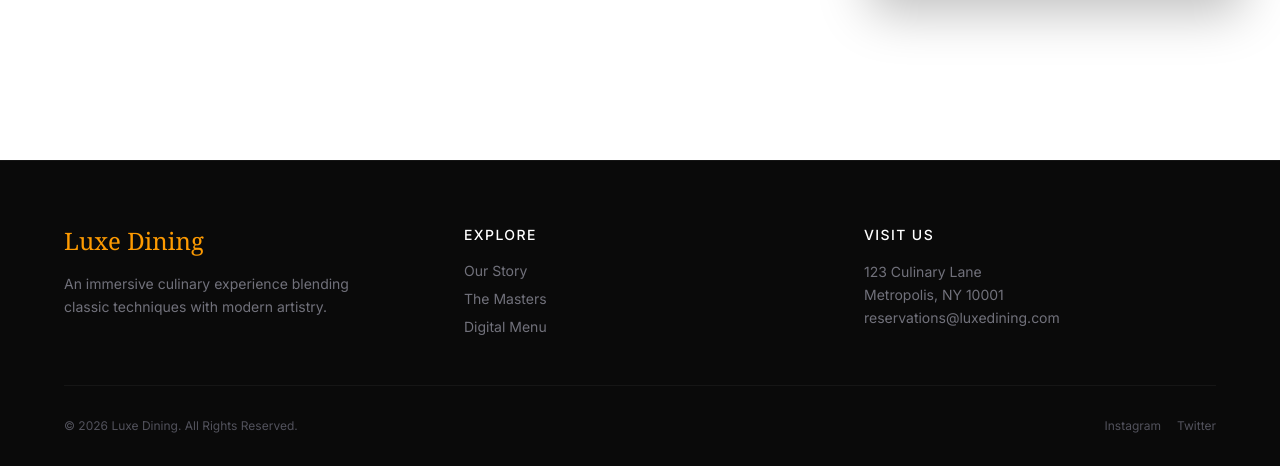
Repository: Syed1818/luxe-dining-frontend
Page: /menu
These files come from the project's save history. The page is drawn as it stood at one moment and after the next save; the edit follows.
The browser window is 1280 px wide. The pictures show the part of the page from y = 720 to 1186 px (the page is 1186 px tall).
The page's requests for data from a server got no answer. The project was rebuilt for these pictures with package versions that can differ from the ones it lists, and the page was loaded fresh each time. The framework's server and built-in components were replaced by stand-ins that run in the browser. No one was signed in, and anything a server would have sent is missing. Also part of the build but not shown: next.config.mjs.

Above is the page before, as saved 2026-04-07 19:06:21.

After the next save:
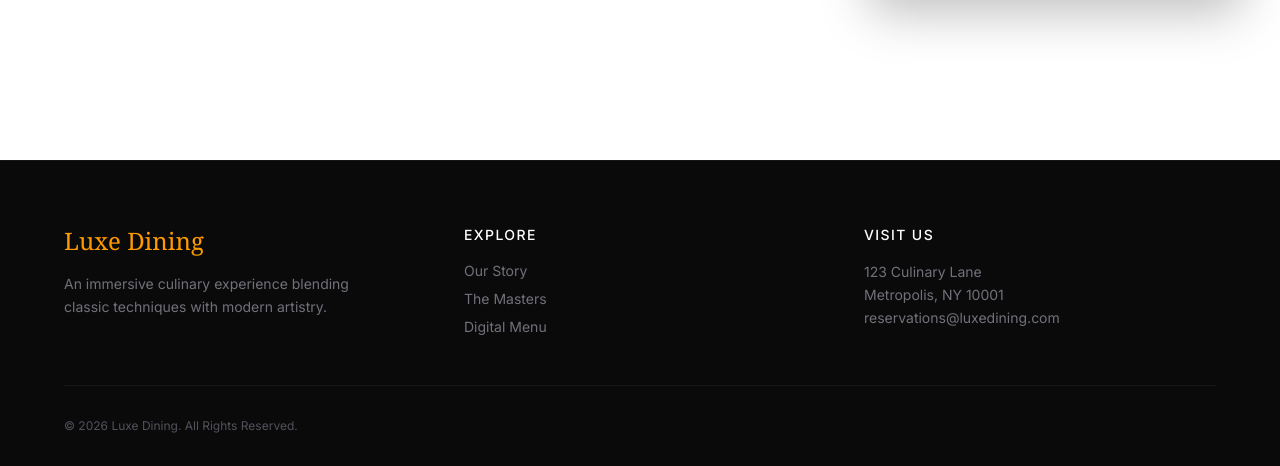
Saved 7 min 32 s later.
--- a/src/app/ConditionalLayout.js
+++ b/src/app/ConditionalLayout.js
@@ -1,4 +1,3 @@
-// src/app/ConditionalLayout.js
 "use client";
 
 import Link from "next/link";
@@ -6,15 +5,13 @@
 
 export default function ConditionalLayout({ children }) {
   const pathname = usePathname();
-
-  // Check if the current URL starts with /kitchen
   const isKitchen = pathname.startsWith('/kitchen');
 
   return (
     <>
-      {/* GLOBAL NAVBAR - Hide if in Kitchen */}
+      {/* GLOBAL NAVBAR - Hide if in Kitchen OR if Printing (print:hidden) */}
       {!isKitchen && (
-        <nav className="fixed top-6 left-0 right-0 z-50 flex justify-center px-4 pointer-events-none">
+        <nav className="print:hidden fixed top-6 left-0 right-0 z-50 flex justify-center px-4 pointer-events-none">
           <div className="flex items-center gap-8 px-8 py-4 rounded-full bg-black/40 backdrop-blur-xl border border-white/10 shadow-2xl pointer-events-auto">
             <Link href="/" className="text-sm font-medium text-white/70 hover:text-amber-500 transition-colors tracking-widest uppercase">Our Story</Link>
             <Link href="/chefs" className="text-sm font-medium text-white/70 hover:text-amber-500 transition-colors tracking-widest uppercase">The Chefs</Link>
@@ -31,9 +28,9 @@
         {children}
       </div>
 
-      {/* GLOBAL FOOTER - Hide if in Kitchen */}
+      {/* GLOBAL FOOTER - Hide if in Kitchen OR if Printing (print:hidden) */}
       {!isKitchen && (
-        <footer className="bg-[#0a0a0a] border-t border-white/5 pt-16 pb-8 px-6 mt-20 relative z-10">
+        <footer className="print:hidden bg-[#0a0a0a] border-t border-white/5 pt-16 pb-8 px-6 mt-20 relative z-10">
           <div className="max-w-6xl mx-auto grid grid-cols-1 md:grid-cols-3 gap-12 mb-12">
             <div>
               <h3 className="text-2xl font-serif text-amber-500 mb-4">Luxe Dining</h3>
@@ -60,10 +57,6 @@
           </div>
           <div className="max-w-6xl mx-auto border-t border-white/5 pt-8 text-center md:text-left flex flex-col md:flex-row justify-between items-center text-xs text-zinc-600">
             <p>© {new Date().getFullYear()} Luxe Dining. All Rights Reserved.</p>
-            <div className="flex gap-4 mt-4 md:mt-0">
-              <span className="hover:text-white cursor-pointer transition-colors">Instagram</span>
-              <span className="hover:text-white cursor-pointer transition-colors">Twitter</span>
-            </div>
           </div>
         </footer>
       )}
